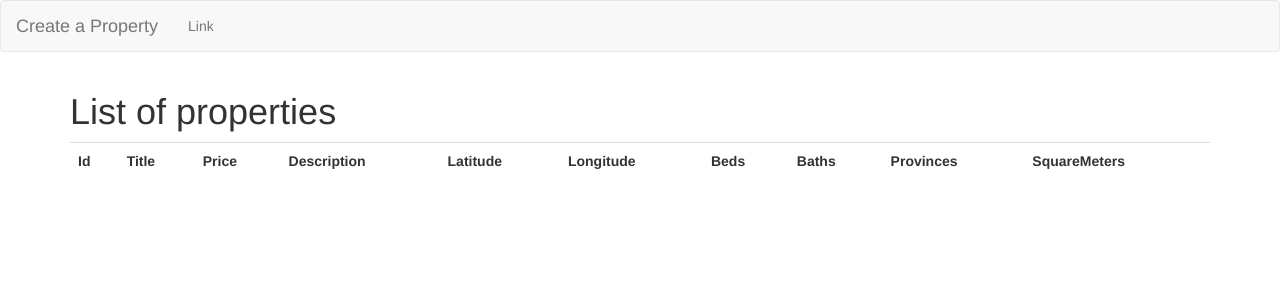
Repository: djoysilva/vivaRealChallenge
Page: http://localhost/vivaReal2.0/listProperty.jsp
An editor plug-in stored every save of this project. The page is shown before and after the next save, followed by the edit.
The browser window is 1280 px wide. The pictures show the whole page.
The page is served by Tomcat 9. Other server files are loaded and not shown.

Above is the page before, as saved 2016-11-02 21:42:38.

### VivaRealWorkSpace/vivaReal2.0/WebContent/listProperty.jsp
<%@ page language="java" contentType="text/html; charset=ISO-8859-1"
    pageEncoding="ISO-8859-1"%>
<!DOCTYPE html PUBLIC "-//W3C//DTD HTML 4.01 Transitional//EN" "http://www.w3.org/TR/html4/loose.dtd">
<html>
<head>
<meta http-equiv="Content-Type" content="text/html; charset=ISO-8859-1">
<%@ include file="include.jsp" %>
<title>List of properties</title>
</head>
<body>
	<%@ include file="menu.jsp"%>
	<div class="container">
		<h1>List of properties</h1>
		<table class= "table">
			<tr>
				<th>Id</th>
				<th>Title</th>
				<th>Price</th>
				<th>Description</th>
				<th>Latitude</th>
				<th>Longitude</th>
				<th>Beds</th>
				<th>Baths</th>
				<th>Provinces</th>
				<th>SquareMeters</th>
			</tr>
		</table>
	</div>
</body>
</html>

### VivaRealWorkSpace/vivaReal2.0/WebContent/include.jsp
<link rel = "stylesheet" type = "text/css" href="css/bootstrap.min.css">
<%@ taglib prefix="c" uri="http://java.sun.com/jsp/jstl/core" %>

### VivaRealWorkSpace/vivaReal2.0/WebContent/menu.jsp
<nav class="navbar navbar-default">
  <div class="container-fluid">
    <!-- Brand and toggle get grouped for better mobile display -->
    <div class="navbar-header">
      <button type="button" class="navbar-toggle collapsed" data-toggle="collapse" data-target="#bs-example-navbar-collapse-1" aria-expanded="false">
        <span class="sr-only">Toggle navigation</span>
        <span class="icon-bar"></span>
        <span class="icon-bar"></span>
        <span class="icon-bar"></span>
      </button>
      <a class="navbar-brand" href="createProperty.jsp">Create a Property</a>
    </div>

    <!-- Collect the nav links, forms, and other content for toggling -->
    <div class="collapse navbar-collapse" id="bs-example-navbar-collapse-1">
      <ul class="nav navbar-nav">
        <li><a href="#">Link</a></li>
      </ul>
    </div><!-- /.navbar-collapse -->
  </div><!-- /.container-fluid -->
</nav>

Loaded but not shown: VivaRealWorkSpace/vivaReal2.0/WebContent/css/bootstrap.min.css (library)

After the next save:
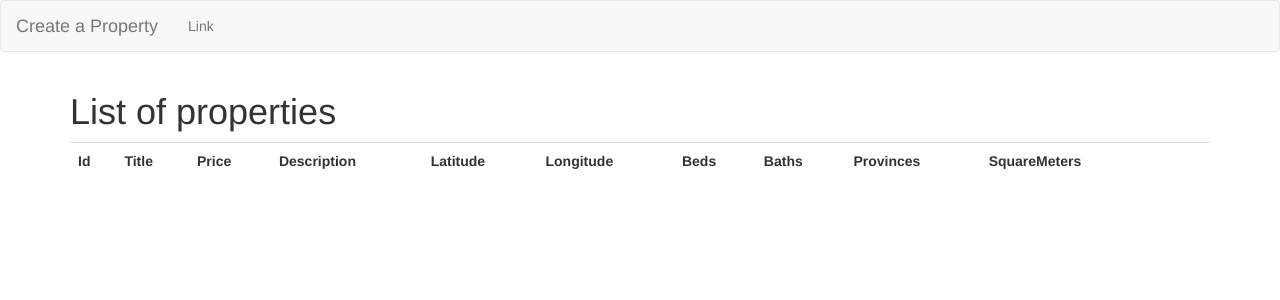
Saved 51 s later.
--- a/VivaRealWorkSpace/vivaReal2.0/WebContent/listProperty.jsp
+++ b/VivaRealWorkSpace/vivaReal2.0/WebContent/listProperty.jsp
@@ -23,7 +23,12 @@
 				<th>Baths</th>
 				<th>Provinces</th>
 				<th>SquareMeters</th>
+				<th></th>
+				<th></th>
 			</tr>
+
+
+
 		</table>
 	</div>
 </body>
